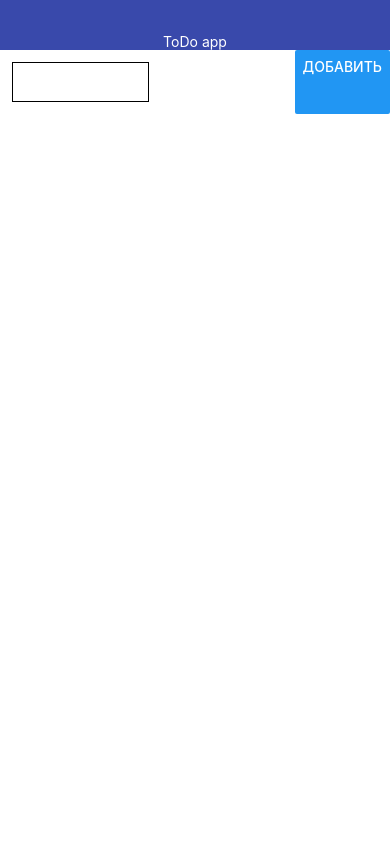
Repository: saint-fons/React-Native-Expo-TypeScript-Hooks
Screen: /
These files come from the project's save history. The screen is drawn as it stood at one moment and after the next save; the edit follows.
The app was drawn by React Native's web renderer in a window 390 px wide. The project was rebuilt for these pictures with package versions that can differ from the ones it lists, and the page was loaded fresh each time.

Above is the screen before, as saved 2021-07-26 18:00:22.

### App.tsx
import { StatusBar } from 'expo-status-bar';
import React from 'react';
import { StyleSheet, View } from 'react-native';
import AddTodo from './components/AddTodo';
import NavBar from './components/NavBar';

export default function App() {
  return (
    <View style={styles.container}>
      <NavBar
        title={"ToDo app"}
      />
      <AddTodo
      />
    </View>
  );
}

const styles = StyleSheet.create({
  container: {

  },
});

### components/AddTodo.tsx
import * as React from 'react';
import { FC } from 'react';
import { View, StyleSheet, Alert, TextInput, Button } from 'react-native';

const AddTodo: FC<any> = ({ }) => {
    return (
        <View style={styles.block}>
            <Button
                title='Добавить'
                onPress={() => Alert.alert('Simple Button pressed')}
            />
            <TextInput
                style={styles.input}
            />
        </View>
    )
}

const styles = StyleSheet.create({
    block: {
        flexDirection: 'row-reverse',
        justifyContent: 'space-between',
    },
    input: {
        height: 40,
        margin: 12,
        borderStyle: "solid",
        borderWidth: 1,
        width: "35%",
    },
});


export default AddTodo

### components/NavBar.tsx
import * as React from 'react';
import { FC } from "react";
import { StyleSheet, Text, View } from 'react-native';



const NavBar: FC<any> = ({ title }) => {
    return (
        <View style={styles.navbar}>
            <Text style={styles.text}>
                {title}
            </Text>
        </View>
    )
}

const styles = StyleSheet.create({
    navbar: {
        height: 50,
        alignItems: 'center',
        justifyContent: "flex-end",
        color: '#000',
        backgroundColor: '#3949ab'
    },
    text: {
        color: 'white'
    }
});


export default NavBar

After the next save:
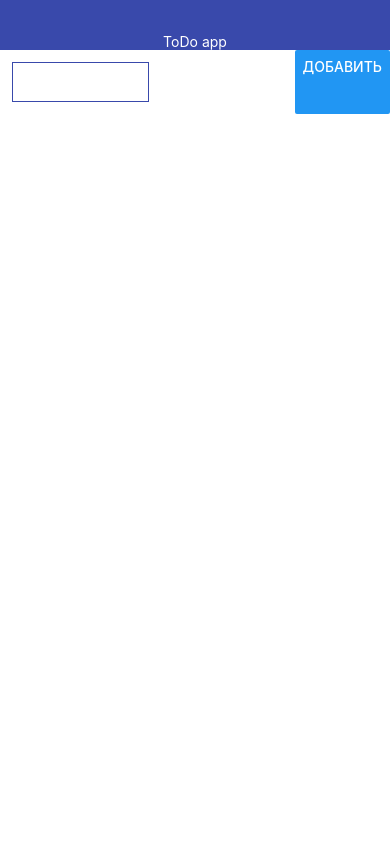
Saved 24 s later.
--- a/components/AddTodo.tsx
+++ b/components/AddTodo.tsx
@@ -27,6 +27,7 @@ const styles = StyleSheet.create({
         borderStyle: "solid",
         borderWidth: 1,
         width: "35%",
+        borderColor: "#3949ab"
     },
 });
 
